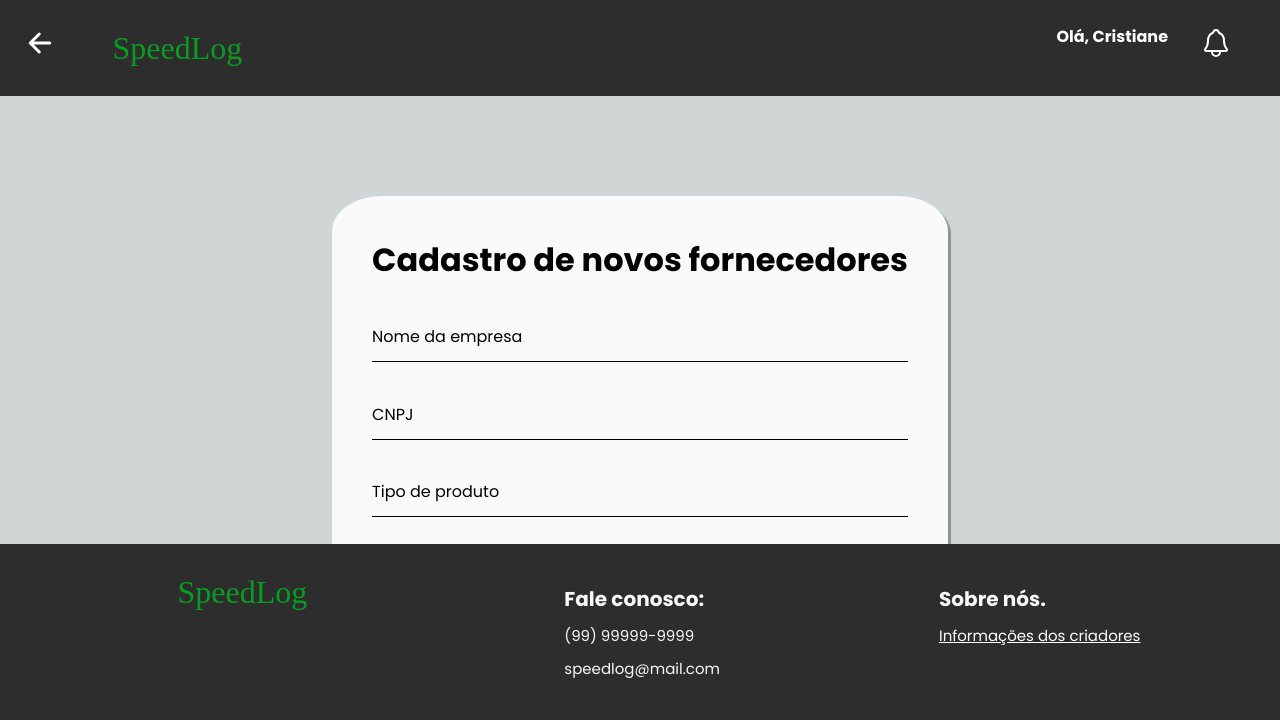
Repository: crisholiveira/speedlog
Page: http://localhost/cadastroDeFornecedor/
An editor plug-in stored every save of this project. The page is shown before and after the next save, followed by the edit.
The browser window is 1280 px wide. The pictures show the whole page.
Some web fonts or font styles are not loaded; a fallback is used. The page is served by the project's Node server (app.js). Other server files are loaded and not shown.

Above is the page before, as saved 2022-01-16 21:02:04.

### views/cadFornecedor.ejs
<!DOCTYPE html>
<html lang="pt-br">
<head>
    <meta charset="UTF-8">
    <meta http-equiv="X-UA-Compatible" content="IE=edge">
    <meta name="viewport" content="width=device-width, initial-scale=1.0">
    <title>Cadastro de fornecedor</title>

    <link rel="stylesheet" href="/stylesheets/cadFornecedor.css">

    <%- include('./partials/header.ejs') %>
<body>

    <div class="container">
        <div class="card">
            <h1>Cadastro de novos fornecedores</h1>

            <div class="label-float">
                <input type="text" name="nome" id="nome" placeholder=" ">
                <label for="nome">Nome da empresa</label>
            </div>

            <div class="label-float">
                <input type="number" name="sap" id="sap" placeholder=" ">
                <label for="sap">CNPJ</label>
            </div>

            <div class="label-float">
                <input type="email" name="email" id="email" placeholder=" ">
                <label for="email">Tipo de produto</label>
            </div>

            <div class="justfy-center">
                <button>Cadastrar</button>
            </div>

        </div>
    </div>

    <%- include('./partials/footer.ejs') %>

</body>


</html>

### views/partials/header.ejs
<!DOCTYPE html>
<html lang="en">

<head>
    <meta charset="UTF-8">
    <meta http-equiv="X-UA-Compatible" content="IE=edge">
    <meta name="viewport" content="width=device-width, initial-scale=1.0">
    <link rel="stylesheet" href="/stylesheets/header.css">
    <title>SpeedLog</title>
</head>
<header>
    <div id="menu-header">
        <div class="header-container">
            <span class="icone-voltar"><a href="/home"><ion-icon name="arrow-back-outline"></ion-icon></a>

            </span>
            <span class="logo">SpeedLog</span>
            <span class="icone-notificacao">
                <ion-icon name="notifications-outline"></ion-icon>
            </span>
            <span class="bem-vindo">
                <h4>Olá, Cristiane</h4>
            </span>
        </div>
    </div>
</header>
<script type="module" src="https://unpkg.com/ionicons@5.5.2/dist/ionicons/ionicons.esm.js"></script>
<script nomodule src="https://unpkg.com/ionicons@5.5.2/dist/ionicons/ionicons.js"></script>

### views/partials/footer.ejs
<!DOCTYPE html>
<html lang="en">
<head>
    <meta charset="UTF-8">
    <meta http-equiv="X-UA-Compatible" content="IE=edge">
    <meta name="viewport" content="width=device-width, initial-scale=1.0">
    <title>Document</title>
    <link rel="stylesheet" href="/stylesheets/footer.css">
</head>

<footer>

    <div class="footer">

        <div class="caixa1">
            <span class="logo"> SpeedLog </span>
        </div>

        <div class="caixa2">

            <ul>
            <li class="titulo"><b>Fale conosco:</b> </li>
            <li >(99) 99999-9999</li>
            <li>speedlog@mail.com</li>
            </ul>

        </div>

        <div class='caixa3'>
            <ul>
                <li class="titulo"><b>Sobre nós.</b></li>
                <li><a href="#" style="color: white">Informações dos criadores</a></li>
            </ul>
        </div>


    </div>

</footer>

### app.js
var createError = require('http-errors');
var express = require('express');
var path = require('path');
var cookieParser = require('cookie-parser');
var logger = require('morgan');

var indexRouter = require('./routes/index');
var usersRouter = require('./routes/users');
var homeRouter = require('./routes/home');
var perfilRouter = require('./routes/perfil');
var requisicoesRouter = require('./routes/requisicoes');
var estoqueRouter = require('./routes/estoque');
var usuariosRouter = require('./routes/usuarios');
var produtosRouter = require('./routes/produtos');
var cadFornecedorRouter = require('./routes/cadFornecedor')
var cadUsuarioRouter = require('./routes/cadUsuario');


var app = express();

// view engine setup
app.set('views', path.join(__dirname, 'views'));
app.set('view engine', 'ejs');

app.use(logger('dev'));
app.use(express.json());
app.use(express.urlencoded({ extended: false }));
app.use(cookieParser());
app.use(express.static(path.join(__dirname, 'public')));

app.use('/', indexRouter);
app.use('/users', usersRouter);
app.use('/home', homeRouter);
app.use('/perfil', perfilRouter);
app.use('/requisicoes', requisicoesRouter);
app.use('/estoque', estoqueRouter);
app.use('/usuarios', usuariosRouter);
app.use('/produtos', produtosRouter);
app.use('/cadastroDeFornecedor', cadFornecedorRouter);
app.use('/cadastroDeUsuario', cadUsuarioRouter);

// catch 404 and forward to error handler
app.use(function(req, res, next) {
  next(createError(404));
});

// error handler
app.use(function(err, req, res, next) {
  // set locals, only providing error in development
  res.locals.message = err.message;
  res.locals.error = req.app.get('env') === 'development' ? err : {};

  // render the error page
  res.status(err.status || 500);
  res.render('error');
});

module.exports = app;

### controllers/cadFornecedorController.js
const cadFornecedorController = {
    index: (req, res) => {

        res.render('cadFornecedor')
    }
}
module.exports = cadFornecedorController;

### public/stylesheets/cadFornecedor.css
* {
    margin: 0;
    padding: 0;
}

body{ /*
    background-image: url(../img/fundo.jpg);
    background-repeat: no-repeat;
    background-size: cover;
    background-position: center;
    background-attachment: fixed; */
    background-color: rgb(208, 214, 214);
}

.container{
    display: flex;
    justify-content: center;
    width: 100%;
    margin-top: 100px;
}

.card{
    background-color: rgb(250, 250, 250);
    padding: 40px;
    border-radius: 8%;
    box-shadow: 3px 3px 1px 0 #00000050;
}

h1{
    text-align: center;
    margin-bottom: 20px;
}

.label-float input{
    width: 100%;
    padding: 5px 5px;
    display: inline-block;
    border: 0;
    border-bottom: 1px solid #000;
    background-color: transparent;
    outline: none;
    min-width: 400px;
    font-size: 18px;
    transition: all .3s ease-out;
}

.label-float{
    position: relative;
    padding-top: 13px;
    margin-top: 5%;
    margin-bottom: 5%;
}

.label-float input:focus{
    border-bottom: 2px solid #000;
}

.label-float label{
    color: rgb(0, 0, 0);
    pointer-events: none;
    position: absolute;
    top: 0;
    left: 0;
    margin-top: 13px;
    transition: all .3s ease-out;
}

.label-float input:focus + label{
    font-size: 12px;
    margin-top: 0;
    color: black;
}

button{
    background-color: transparent;
    border-color: black;
    color: black;
    padding: 5px;
    font-size: 12pt;
    margin-top: 20px;
    border-radius: 8%;
    cursor: pointer;
    outline: node;
}

button:hover{
    background-color: rgb(27, 168, 81);
    color: white;
    transition: all .3s ease-out;
}

### public/stylesheets/header.css
@import url('https://fonts.googleapis.com/css2?family=Poppins:wght@100;200;300;400;500;600;700&display=swap');
@import url('https://fonts.googleapis.com/css2?family=Patrick+Hand&display=swap');

*{
    padding: 0;
    margin: 0;
    box-sizing: border-box;
    border: none;
    font-family: 'Poppins'
}

header {
    min-height: 10vh;
    background-color:#2d2d2d;

}

.header-container a {
    color: white;
}



.header-container {
    padding: 1.5rem;

}

.logo {
    color:#099c22;
    font-family: 'Patrick Hand', cursive;
    font-size: 2rem;
    padding: 3rem;

}


.icone-voltar {
    font-size: 2rem;
    color: white;



}

.icone-notificacao {
    font-size: 2rem;
    color: white;
    float: right;
    padding-right: 1.5rem;

}

.bem-vindo {
    color: white;
    float: right;

}
.bem-vindo h4 {
    padding-right: 2rem;
}
@media (max-width: 768px){
    .logo{
        display: none;
    }
}

### public/stylesheets/footer.css
*{
    padding: 0;
    margin: 0;
    box-sizing: border-box;
    border: none;
    font-family: 'Poppins'
}

footer{
    min-height: 10vh;
    background-color:#2d2d2d;
    color: rgb(248, 248, 248);
    padding: 30px;
    position: absolute;
    bottom: 0px;
    width: 100%;

}

.logo{
    color:#099c22;
    font-family: 'Patrick Hand', cursive;
    font-size: 2rem;
    text-align: center;
}

ul{

    list-style: none;


}

li{
    margin: 10px;
    font-size: 15px;

}

.footer{
    display: flex;
    justify-content: space-around;
}

.titulo{
    font-size: 20px;
}

After the next save:
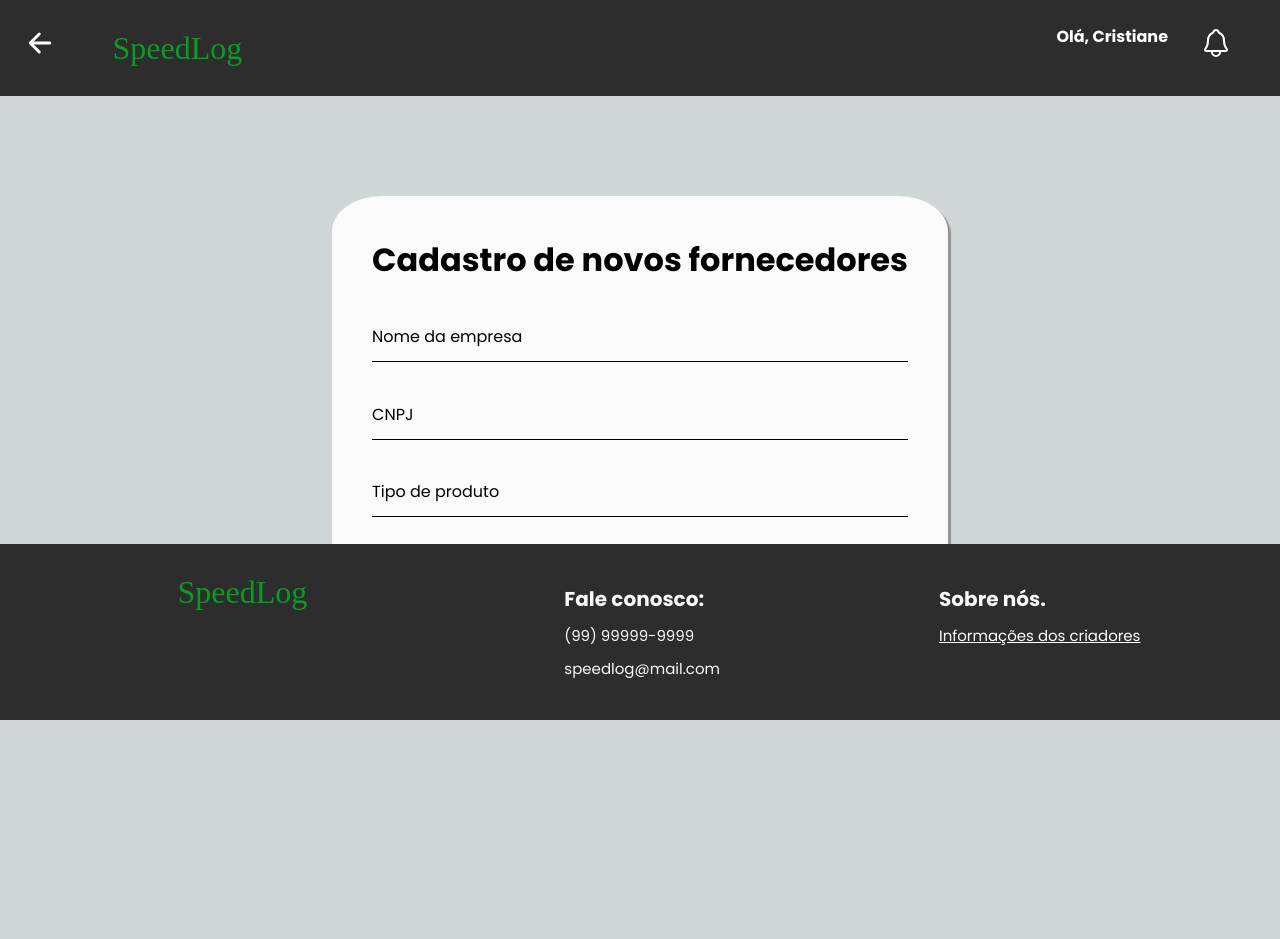
Saved 113 s later.
--- a/public/stylesheets/cadFornecedor.css
+++ b/public/stylesheets/cadFornecedor.css
@@ -17,6 +17,7 @@
     justify-content: center;
     width: 100%;
     margin-top: 100px;
+    margin-bottom: 300px;
 }
 
 .card{

After the save that followed:
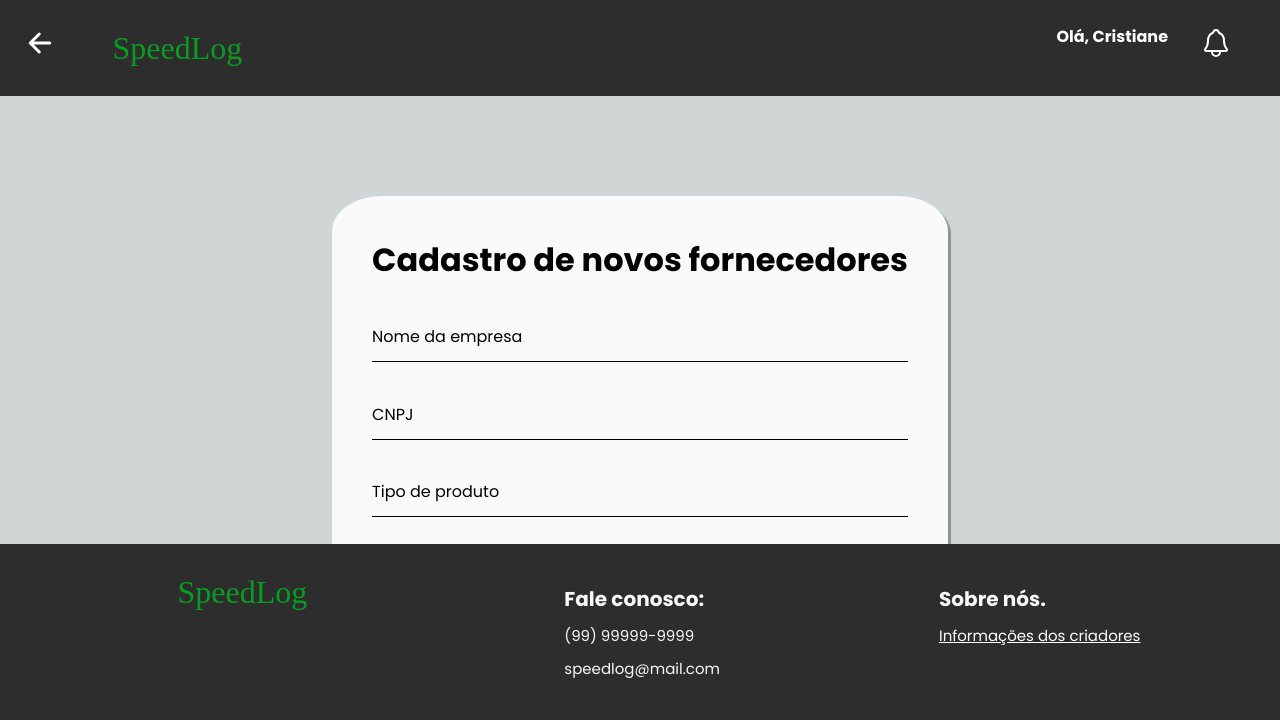
Saved 32 s later.
--- a/public/stylesheets/cadFornecedor.css
+++ b/public/stylesheets/cadFornecedor.css
@@ -17,7 +17,7 @@
     justify-content: center;
     width: 100%;
     margin-top: 100px;
-    margin-bottom: 300px;
+
 }
 
 .card{
